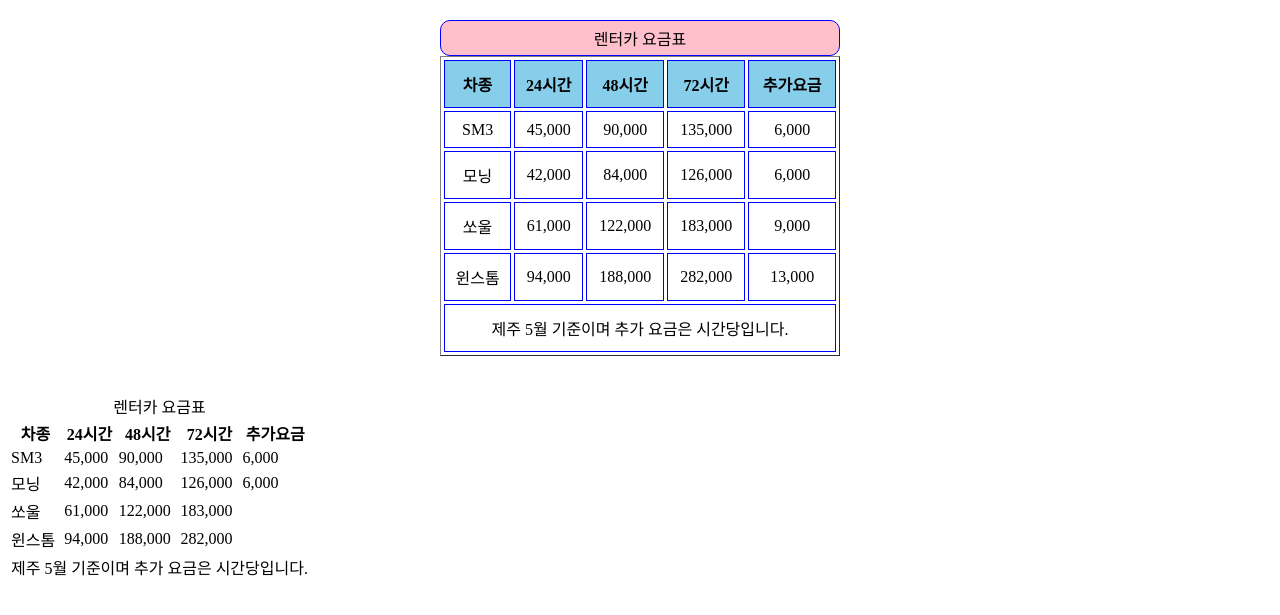
Repository: song-bean/Web_song
Page: 02_CSS/src/main/webapp/chapter03/unit06_01_table_before.html
The author's editor kept a copy of each file at every save. The page is drawn from the files as they stood at one save, then again after the next save.
The browser window is 1280 px wide. The pictures show the whole page.

Above is the page before, as saved 2023-02-23 07:26:12.

### 02_CSS/src/main/webapp/chapter03/unit06_01_table_before.html
<!DOCTYPE HTML>
<html>
	<head>
		<title>테이블에 관련된 속성 알아보기 </title>
		<meta charset="UTF-8" />
		<style type="text/css">
			#table1{
				/* border-collapse: collapse;  cellspacind=0 */
				border-collapse: separate; /* 기본 */
				border-spacing: 3px; /* separate를 해야 설정 가능 */
				width: 400px;
				height: 300px;
				text-align: center;
				margin: 20px auto; /* auto를 쓰면 가운데 중심으로 위아래 20만큼 떨어짐 */
			}

			#table1 caption, #table1 th, #table1 td{
				border: 1px solid blue;
			}

			#table1 > caption{
				background-color: pink;
				border-radius: 10px;
				padding : 5px 10px;
			}

			#table1 th{
				background-color: skyblue;
			}

			#table1 > tr > td:first-child {
				background-color: lightgreen;
			}

			#table1 td:last-child {
				background-color: white;
			}

		</style>
	</head>

	<body>
        <table border=1 id="table1">
          <caption>렌터카 요금표</caption> <!-- 테이블의 제목(자동으로 가운데 정렬) -->
            <tr>
              <th>차종 </th> <!-- 칼럼의 제목(자동으로 폰트가 볼드, 가운데 정렬) -->
              <th>24시간</th>
              <th>48시간</th>
              <th>72시간</th>
              <th>추가요금</th>
            </tr>
            <tr>
              <td>SM3</td>
              <td> 45,000</td>
              <td> 90,000</td>
              <td> 135,000</td>
              <td> 6,000</td>
            </tr>
            <tr>
              <td>모닝</td>
              <td>42,000</td>
              <td>84,000</td>
              <td>126,000</td>
              <td>6,000</td>
            </tr>
            <tr>
              <td>쏘울</td>
              <td> 61,000</td>
              <td> 122,000</td>
              <td> 183,000</td>
              <td> 9,000</td>
            </tr>
            <tr>
              <td>윈스톰</td>
              <td> 94,000</td>
              <td> 188,000 </td>
              <td> 282,000</td>
              <td> 13,000</td>
            </tr>
            <tr>
              <td colspan="5">제주 5월 기준이며 추가 요금은 시간당입니다. </td>
            </tr>
        </table>
    	<br>

		<table id="table2">
          <caption>렌터카 요금표</caption>
            <tr>
              <th>차종 </th>
              <th>24시간</th>
              <th>48시간</th>
              <th>72시간</th>
              <th>추가요금</th>
            </tr>
            <tr>
              <td>SM3</td>
              <td> 45,000</td>
              <td> 90,000</td>
              <td> 135,000</td>
              <td> 6,000</td>
            </tr>
            <tr>
              <td>모닝</td>
              <td>42,000</td>
              <td>84,000</td>
              <td>126,000</td>
              <td>6,000</td>
            </tr>
            <tr>
              <td>쏘울</td>
              <td> 61,000</td>
              <td> 122,000</td>
              <td> 183,000</td>
              <td></td>
            </tr>
            <tr>
              <td>윈스톰</td>
              <td> 94,000</td>
              <td> 188,000 </td>
              <td> 282,000</td>
              <td></td>
            </tr>
            <tr>
              <td colspan="5">제주 5월 기준이며 추가 요금은 시간당입니다. </td>
            </tr>
        </table>
	</body>
</html>

After the next save:
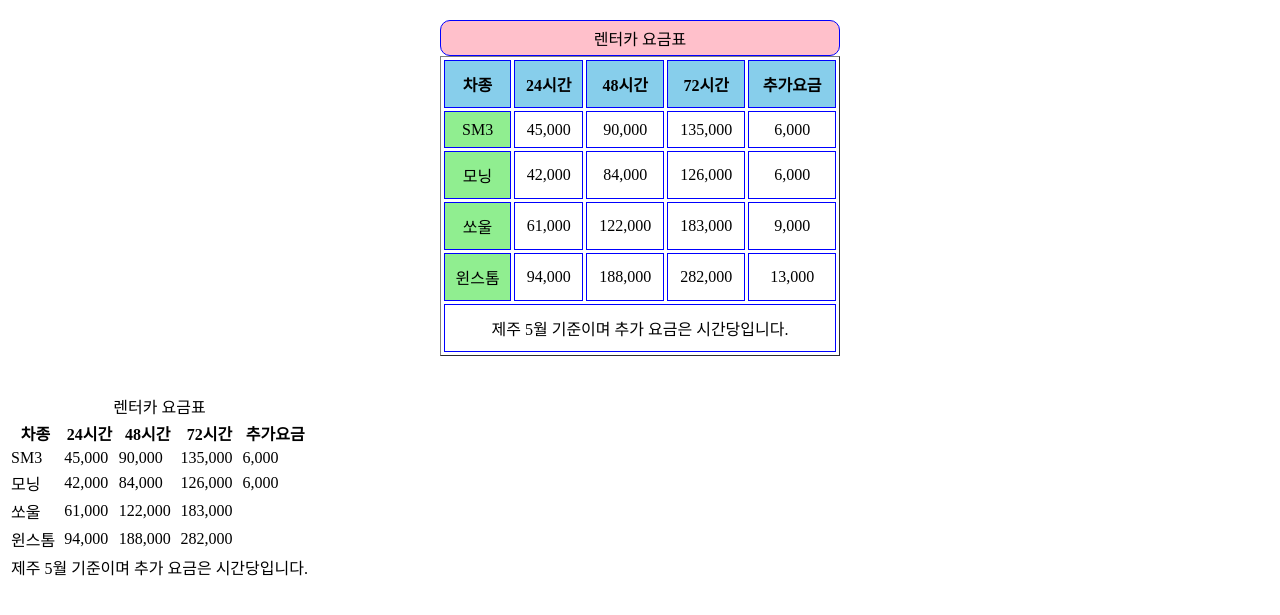
Saved 22 s later.
--- a/02_CSS/src/main/webapp/chapter03/unit06_01_table_before.html
+++ b/02_CSS/src/main/webapp/chapter03/unit06_01_table_before.html
@@ -28,7 +28,7 @@
 				background-color: skyblue;
 			}
 
-			#table1 > tr > td:first-child {
+			#table1  td:first-child {
 				background-color: lightgreen;
 			}
 

After the 3 saves that followed:
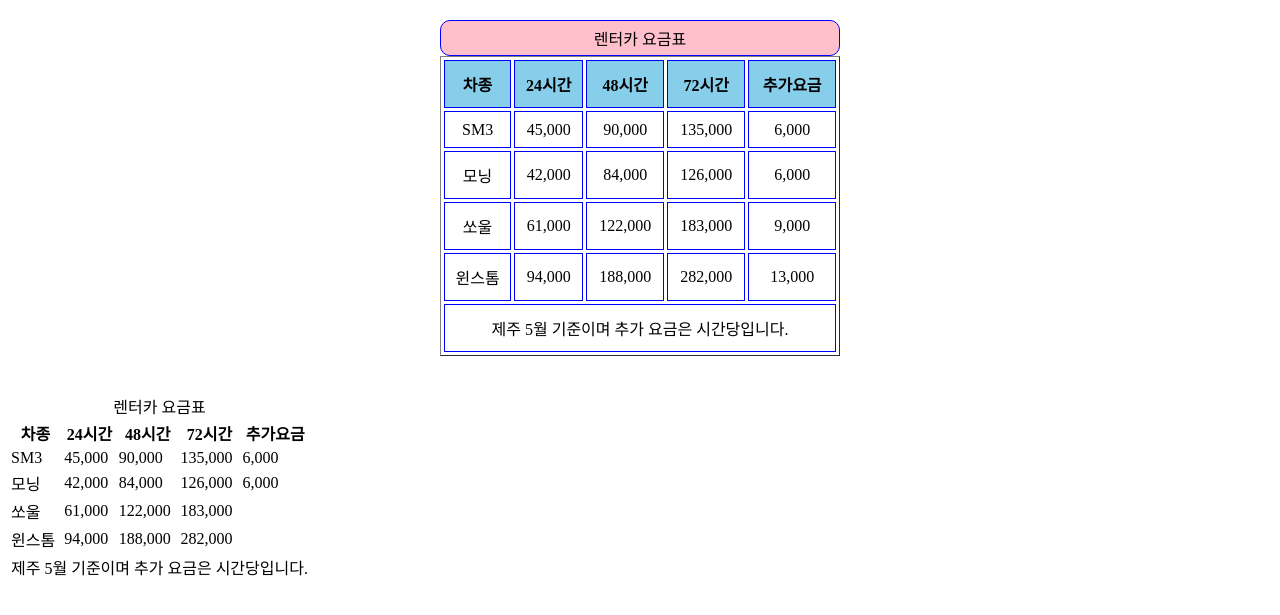
The 3 saves are shown as one change because 1 left the picture as it was and some came seconds apart.
The last was saved 2 min 13 s later.
--- a/02_CSS/src/main/webapp/chapter03/unit06_01_table_before.html
+++ b/02_CSS/src/main/webapp/chapter03/unit06_01_table_before.html
@@ -28,13 +28,13 @@
 				background-color: skyblue;
 			}
 
-			#table1  td:first-child {
+			#table1 > tr > td:first-child {
 				background-color: lightgreen;
 			}
 
-			#table1 td:last-child {
+			/* #table1 td:last-child {
 				background-color: white;
-			}
+			} */
 
 		</style>
 	</head>
